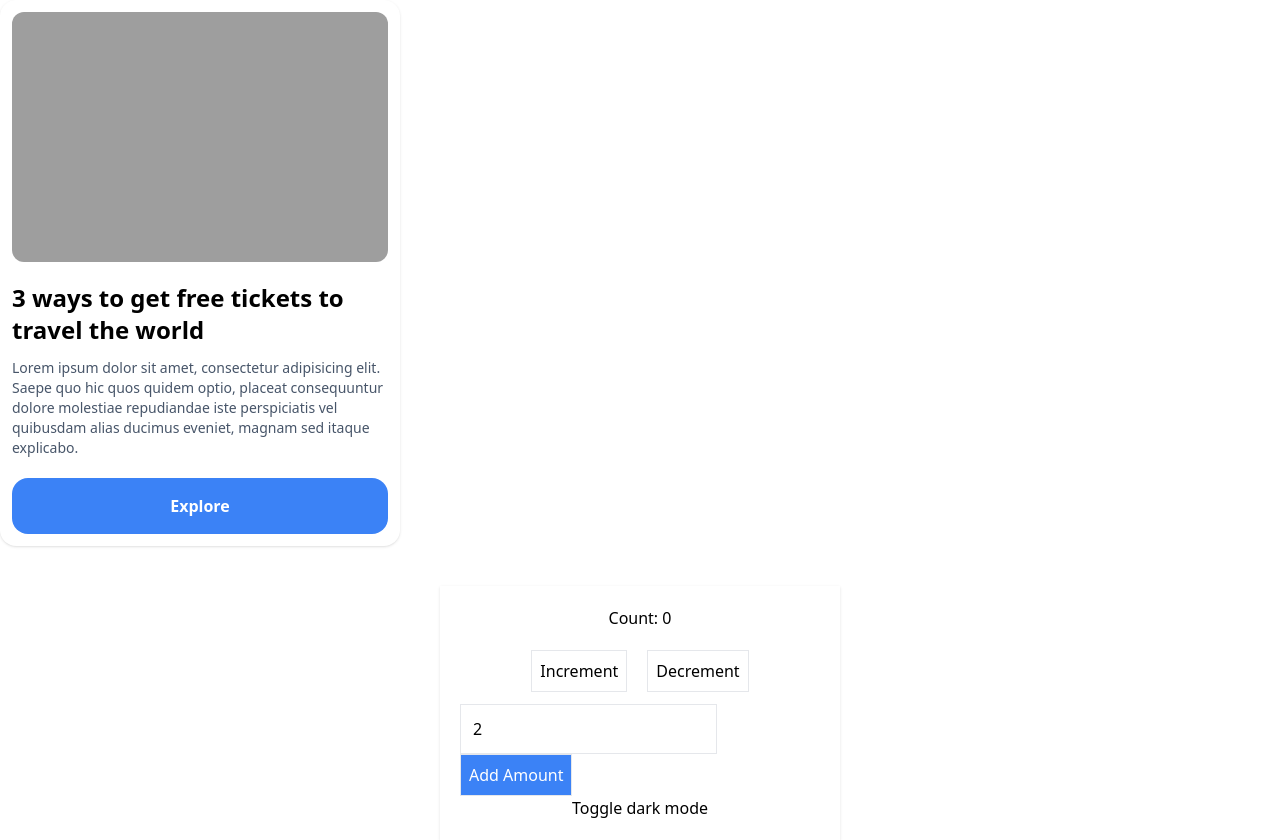
Repository: hoang0508/Learn-Redux-Evon
Page: /
The author's editor kept a copy of each file at every save. The page is drawn from the files as they stood at one save, then again after the next save.
The browser window is 1280 px wide. The pictures show the whole page.
Pictures or frames that could not be fetched are drawn as grey boxes. The project was rebuilt for these pictures with package versions that can differ from the ones it lists, and the page was loaded fresh each time. Also part of the build but not shown: src/App.css.

Above is the page before, as saved 2022-06-20 09:52:52.

### src/index.js
import React from "react";
import { createRoot } from "react-dom/client";
import App from "./App";
import reportWebVitals from "./reportWebVitals";
import "./index.css";
import { Provider } from "react-redux";
import store from "./redux-tookit/configureStore";

const container = document.getElementById("root");
const root = createRoot(container);

root.render(
  <React.StrictMode>
    <Provider store={store}>
      <App />
    </Provider>
  </React.StrictMode>
);

// If you want to start measuring performance in your app, pass a function
// to log results (for example: reportWebVitals(console.log))
// or send to an analytics endpoint. Learn more: https://bit.ly/CRA-vitals
reportWebVitals();

### src/App.js
import React, { useEffect, useState } from "react";
import { useSelector, useDispatch } from "react-redux";
import "./App.css";
import Counter from "./components/Counter";
import useDarkMode from "./hooks/useDarkMode";
import { toggleDarkMode } from "./redux-tookit/globalSlice";
import Card from "./uis/Card";

function App() {
  // const count = useSelector((state) => state.counter.count);
  const globalOptions = useSelector((state) => state.global);

  return (
    <>
      {/* <h2>This is count : {count}</h2> */}
      <Card />
      <Counter />
    </>
  );
}

export default App;

### src/redux-tookit/configureStore.js
import { configureStore, combineReducers } from "@reduxjs/toolkit";
import counterSlice from "./counterSlice";
import globalSlice from "./globalSlice";

const reducer = combineReducers({
  counter: counterSlice,
  global: globalSlice,
});

const store = configureStore({
  // reducer
  reducer: reducer,
});

export default store;

### src/components/Counter.js
import React, { useEffect, useState } from "react";
import { useDispatch, useSelector } from "react-redux";
import useDarkMode from "../hooks/useDarkMode";
import { decrement, increment, addamount } from "../redux-tookit/counterSlice";
import { toggleDarkMode } from "../redux-tookit/globalSlice";
import SwitchToggle from "../SwitchToggle";
// import {
//   addamount,
//   decrement,
//   increment,
//   incrementAsync,
//   incrementIfOdd,
// } from "../redux/counter";

const Counter = (props) => {
  const [incrementAmount, setIncrementAmount] = useState(2);
  const count = useSelector((state) => state.counter.count);
  const dispatch = useDispatch();
  const handleIncrement = () => {
    // setCount(() => count + 1);
    dispatch(increment());
  };
  const handleDecrement = () => {
    // setCount(() => count - 1);
    dispatch(decrement());
  };

  // increment addAmount
  const handleAddAmount = () => {
    dispatch(addamount(Number(incrementAmount)));
  };

  // // increment async
  // const handleIncrementAsync = () => {
  //   dispatch(incrementAsync(Number(incrementAmount)));
  // };

  //
  // const handleIncrementIfOdd = () => {
  //   dispatch(incrementIfOdd(Number(incrementAmount)));
  // };
  return (
    <div className="flex flex-col items-center p-5 bg-white shadow w-[400px] mx-auto mt-10">
      <h2 className="mb-5">Count: {count}</h2>
      <div className="flex justify-center items-center gap-x-5">
        <button
          className="inline-block border-gray-200 p-2 border"
          onClick={handleIncrement}
        >
          Increment
        </button>
        <button
          className="inline-block border-gray-200 p-2 border"
          onClick={handleDecrement}
        >
          Decrement
        </button>
      </div>
      <div className="mt-3">
        <input
          className="border border-gray-200 p-3"
          type="number"
          value={incrementAmount}
          onChange={(e) => setIncrementAmount(e.target.value)}
        />
        <button
          onClick={handleAddAmount}
          className="inline-block border-gray-200 p-2 border bg-blue-500 text-white"
        >
          Add Amount
        </button>
      </div>
      {/*
      <div>
        <button
          onClick={handleIncrementAsync}
          className="inline-block border-gray-200 p-2 border bg-green-500 text-white"
        >
          Add Async
        </button>
      </div>
      <div>
        <button
          onClick={handleIncrementIfOdd}
          className="inline-block border-gray-200 p-2 border bg-purple-500 text-white"
        >
          Add If odd
        </button>
      </div> */}
      <SwitchToggle />
    </div>
  );
};

export default Counter;

### src/hooks/useDarkMode.js
import { useEffect } from "react";
import useLocalStorage from "./useLocalStrorage";
import useMedia from "./useMedia";

export default function useDarkMode() {
  // Use our useLocalStorage hook to persist state through a page refresh.
  // Read the recipe for this hook to learn more: usehooks.com/useLocalStorage
  const [enabledState, setEnabledState] = useLocalStorage("dark-mode-enabled");
  // See if user has set a browser or OS preference for dark mode.
  // The usePrefersDarkMode hook composes a useMedia hook (see code below).
  // const prefersDarkMode = usePrefersDarkMode();
  // If enabledState is defined use it, otherwise fallback to prefersDarkMode.
  // This allows user to override OS level setting on our website.
  const enabled = typeof enabledState !== "undefined" ? enabledState : false;
  // Fire off effect that add/removes dark mode class
  useEffect(
    () => {
      const className = "dark";
      const element = window.document.documentElement;
      if (enabled) {
        element.classList.add(className);
      } else {
        element.classList.remove(className);
      }
    },
    [enabled] // Only re-call effect when value changes
  );
  // Return enabled state and setter
  return [enabled, setEnabledState];
}
// Compose our useMedia hook to detect dark mode preference.
// The API for useMedia looks a bit weird, but that's because ...
// ... it was designed to support multiple media queries and return values.
// Thanks to hook composition we can hide away that extra complexity!
// Read the recipe for useMedia to learn more: usehooks.com/useMedia
function usePrefersDarkMode() {
  return useMedia(["(prefers-color-scheme: dark)"], [true], false);
}

### src/redux-tookit/globalSlice.js
import { createSlice } from "@reduxjs/toolkit";

const globalSlice = createSlice({
  name: "global",
  initialState: {
    darkMode: false,
  },
  reducers: {
    toggleDarkMode: (state, { payload }) => ({
      ...state,
      darkMode: payload,
    }),
  },
});

export const { toggleDarkMode } = globalSlice.actions;
export default globalSlice.reducer;

### src/uis/Card.js
import React from "react";

const Card = () => {
  return (
    <div className="w-[400px] bg-white p-3 rounded-2xl shadow dark:bg-slate-900">
      <div className="card-image h-[250px] mb-5">
        <img
          src="https://cdn.dribbble.com/users/2400293/screenshots/16378193/media/e9ad5ebe9dd6822be9ee622c7465d9e5.png?compress=1&resize=1200x900&vertical=top"
          alt=""
          className="object-cover w-full h-full rounded-xl"
        />
      </div>
      <div className="card-content">
        <h3 className="mb-3 text-2xl font-bold card-title dark:text-white">
          3 ways to get free tickets to travel the world
        </h3>
        <p className="mb-5 text-sm text-slate-600 card-desc dark:text-slate-100">
          Lorem ipsum dolor sit amet, consectetur adipisicing elit. Saepe quo
          hic quos quidem optio, placeat consequuntur dolore molestiae
          repudiandae iste perspiciatis vel quibusdam alias ducimus eveniet,
          magnam sed itaque explicabo.
        </p>
        <a
          href="/#"
          className="block p-4 font-semibold text-center text-white bg-blue-500 card-details rounded-2xl"
        >
          Explore
        </a>
      </div>
    </div>
  );
};

export default Card;

### src/redux-tookit/counterSlice.js
import { createSlice } from "@reduxjs/toolkit";

const counterSlice = createSlice({
  name: "counter",
  initialState: {
    count: 0,
  },
  reducers: {
    increment: (state) => ({
      ...state,
      count: state.count + 1,
    }),
    decrement: (state) => ({
      ...state,
      count: state.count - 1,
    }),

    addamount: (state, action) => {
      return {
        ...state,
        count: state.count + action.payload,
      };
    },
  },
});

// Action creators are generated for each case reducer function
export const { increment, decrement, addamount } = counterSlice.actions;

export default counterSlice.reducer;

### src/SwitchToggle.js
import { useEffect } from "react";
import useDarkMode from "./hooks/useDarkMode";
import { useDispatch } from "react-redux";
import { toggleDarkMode } from "./redux-tookit/globalSlice";

export default function SwitchToggle() {
  const dispatch = useDispatch();
  const [darkMode, setDarkMode] = useDarkMode();
  console.log("🚀 ~ file: App.js ~ line 14 ~ App ~ darkMode", darkMode);

  useEffect(() => {
    dispatch(toggleDarkMode(darkMode));
  }, [darkMode]);

  const handleToggleDarkMode = () => {
    setDarkMode(!darkMode);
    dispatch(toggleDarkMode(!darkMode));
  };
  return <button onClick={handleToggleDarkMode}>Toggle dark mode</button>;
}

### src/hooks/useLocalStrorage.js
import { useState } from "react";

export default function useLocalStorage(key, initialValue) {
  // State to store our value
  // Pass initial state function to useState so logic is only executed once
  const [storedValue, setStoredValue] = useState(() => {
    if (typeof window === "undefined") {
      return initialValue;
    }
    try {
      // Get from local storage by key
      const item = window.localStorage.getItem(key);
      // Parse stored json or if none return initialValue
      return item ? JSON.parse(item) : initialValue;
    } catch (error) {
      // If error also return initialValue
      console.log(error);
      return initialValue;
    }
  });
  // Return a wrapped version of useState's setter function that ...
  // ... persists the new value to localStorage.
  const setValue = (value) => {
    try {
      // Allow value to be a function so we have same API as useState
      const valueToStore =
        value instanceof Function ? value(storedValue) : value;
      // Save state
      setStoredValue(valueToStore);
      // Save to local storage
      if (typeof window !== "undefined") {
        window.localStorage.setItem(key, JSON.stringify(valueToStore));
      }
    } catch (error) {
      // A more advanced implementation would handle the error case
      console.log(error);
    }
  };
  return [storedValue, setValue];
}

### src/hooks/useMedia.js
import { useEffect, useState } from "react";

export default function useMedia(queries, values, defaultValue) {
  // Array containing a media query list for each query
  const mediaQueryLists = queries.map((q) => window.matchMedia(q));
  // Function that gets value based on matching media query
  const getValue = () => {
    // Get index of first media query that matches
    const index = mediaQueryLists.findIndex((mql) => mql.matches);
    // Return related value or defaultValue if none
    return typeof values[index] !== "undefined" ? values[index] : defaultValue;
  };
  // State and setter for matched value
  const [value, setValue] = useState(getValue);
  useEffect(
    () => {
      // Event listener callback
      // Note: By defining getValue outside of useEffect we ensure that it has ...
      // ... current values of hook args (as this hook callback is created once on mount).
      const handler = () => setValue(getValue);
      // Set a listener for each media query with above handler as callback.
      mediaQueryLists.forEach((mql) => mql.addListener(handler));
      // Remove listeners on cleanup
      return () =>
        mediaQueryLists.forEach((mql) => mql.removeListener(handler));
    },
    [] // Empty array ensures effect is only run on mount and unmount
  );
  return value;
}

### src/test.js
import React from "react";
import SwitchToggle from "./SwitchToggle";

const Test = () => {
  return (
    <div>
      <SwitchToggle />
    </div>
  );
};

export default Test;

Loaded but not shown: public/index.html (common file); src/reportWebVitals.js (common file); src/index.css (common file); tailwind.config.js (common file)

After the next save:
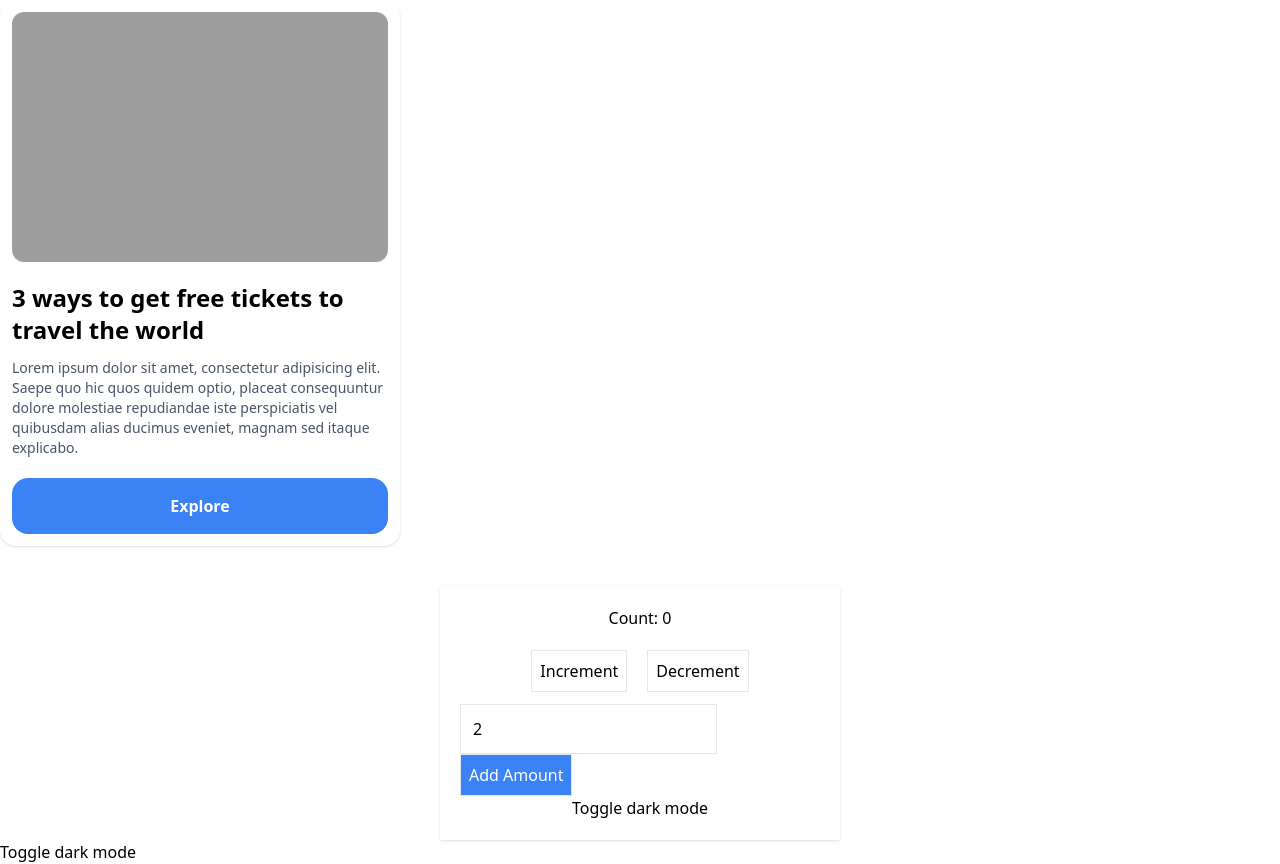
Saved 17 s later.
--- a/src/App.js
+++ b/src/App.js
@@ -4,6 +4,7 @@ import "./App.css";
 import Counter from "./components/Counter";
 import useDarkMode from "./hooks/useDarkMode";
 import { toggleDarkMode } from "./redux-tookit/globalSlice";
+import Test from "./test";
 import Card from "./uis/Card";
 
 function App() {
@@ -15,6 +16,7 @@ function App() {
       {/* <h2>This is count : {count}</h2> */}
       <Card />
       <Counter />
+      <Test />
     </>
   );
 }
